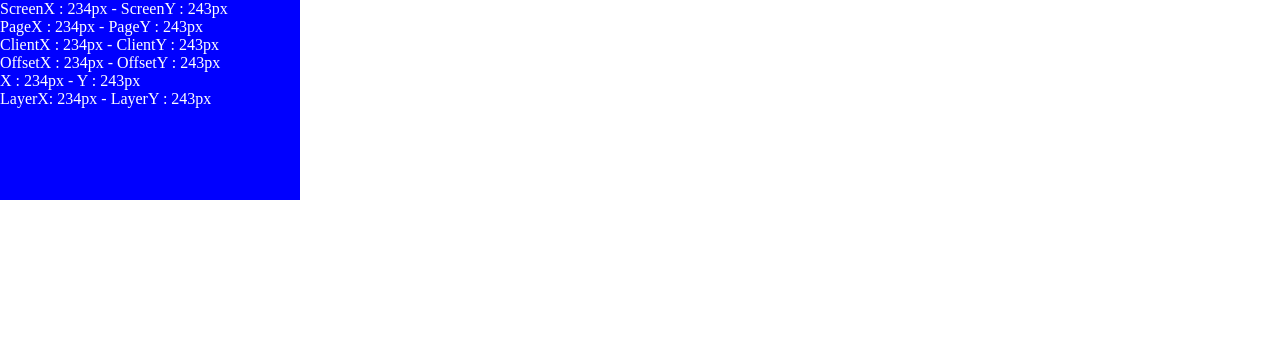
Repository: khanhbinh87/learnJs
Page: customSelect/Mouse/index.html
These files come from the project's save history. The page is drawn as it stood at one moment and after the next save; the edit follows.
The browser window is 1280 px wide. The pictures show the whole page.

Above is the page before, as saved 2021-06-18 09:27:20.

After the next save:
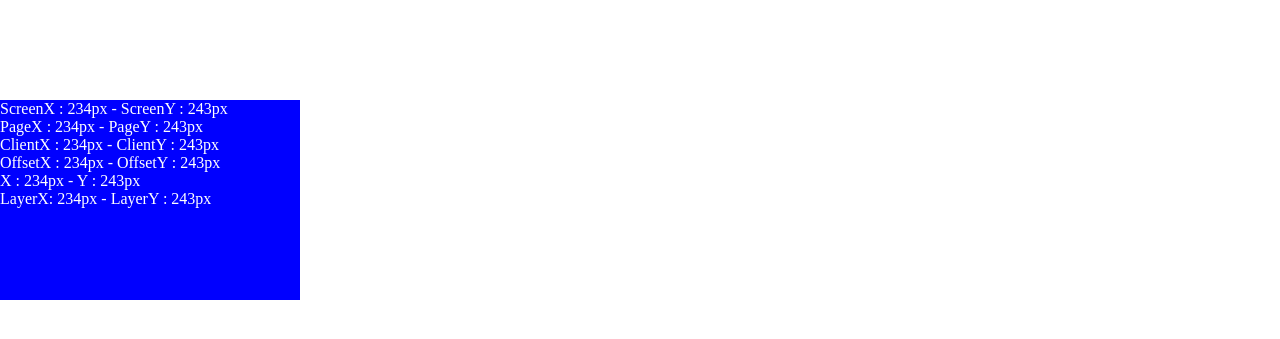
Saved 13 s later.
--- a/customSelect/Mouse/index.html
+++ b/customSelect/Mouse/index.html
@@ -9,7 +9,7 @@
         .container{
             width: 1170px;
             /* margin: 0 auto; */
-            /* padding: 100px 0; */
+            padding: 100px 0;
         }
         .box{
             width: 300px;
